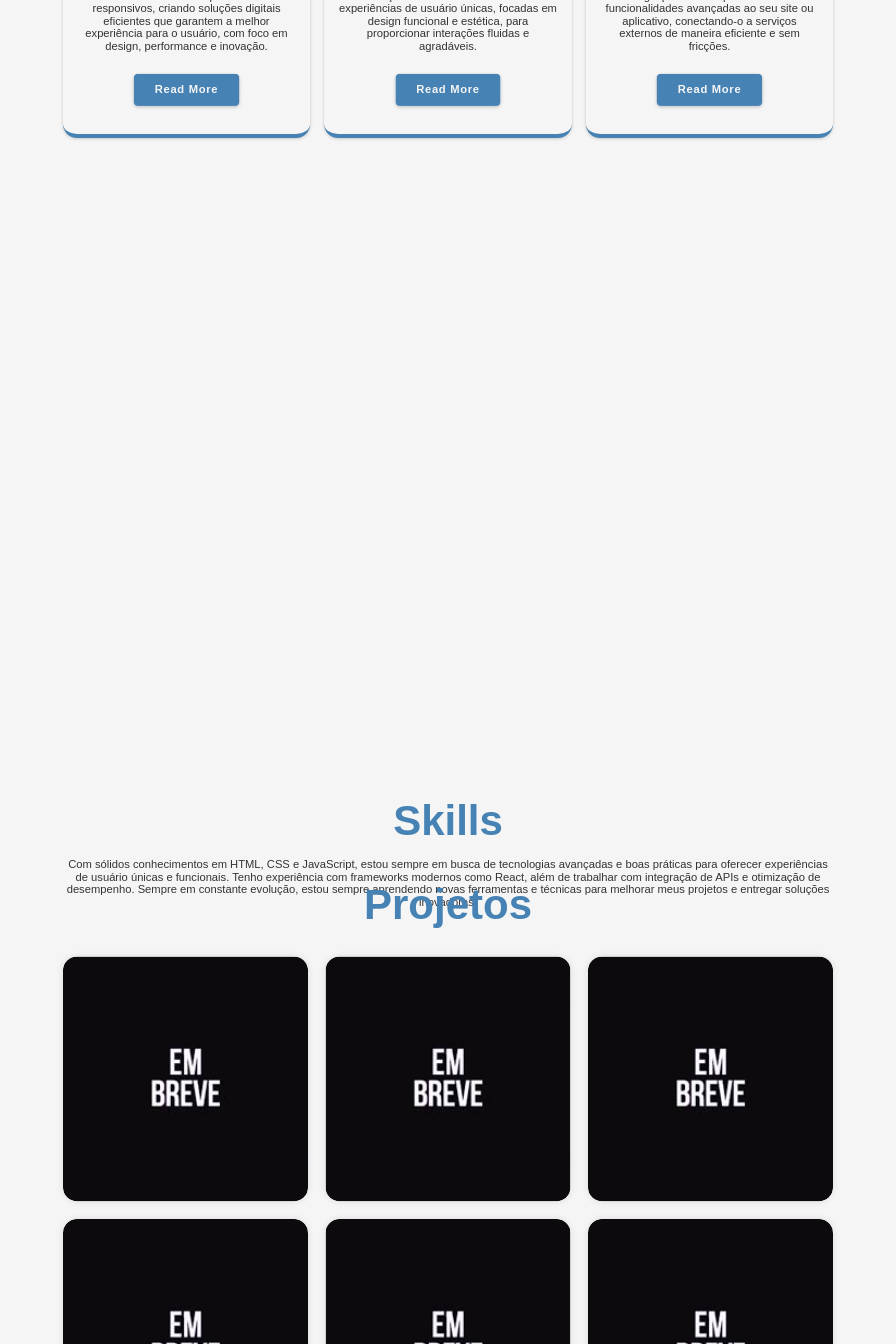
Repository: AliciaKathleen/portfolio-2025
Page: index.html
An editor plug-in stored every save of this project. The page is shown before and after the next save, followed by the edit.
The browser window is 1280 px wide. The pictures show the part of the page from y = 1805 to 3725 px (the page is 4796 px tall before and 3896 px after), at 70% of full size.

Above is the page before, as saved 2025-01-27 17:05:47.
Console error: TypeError: Cannot read properties of null (reading 'classList')

After the next save:
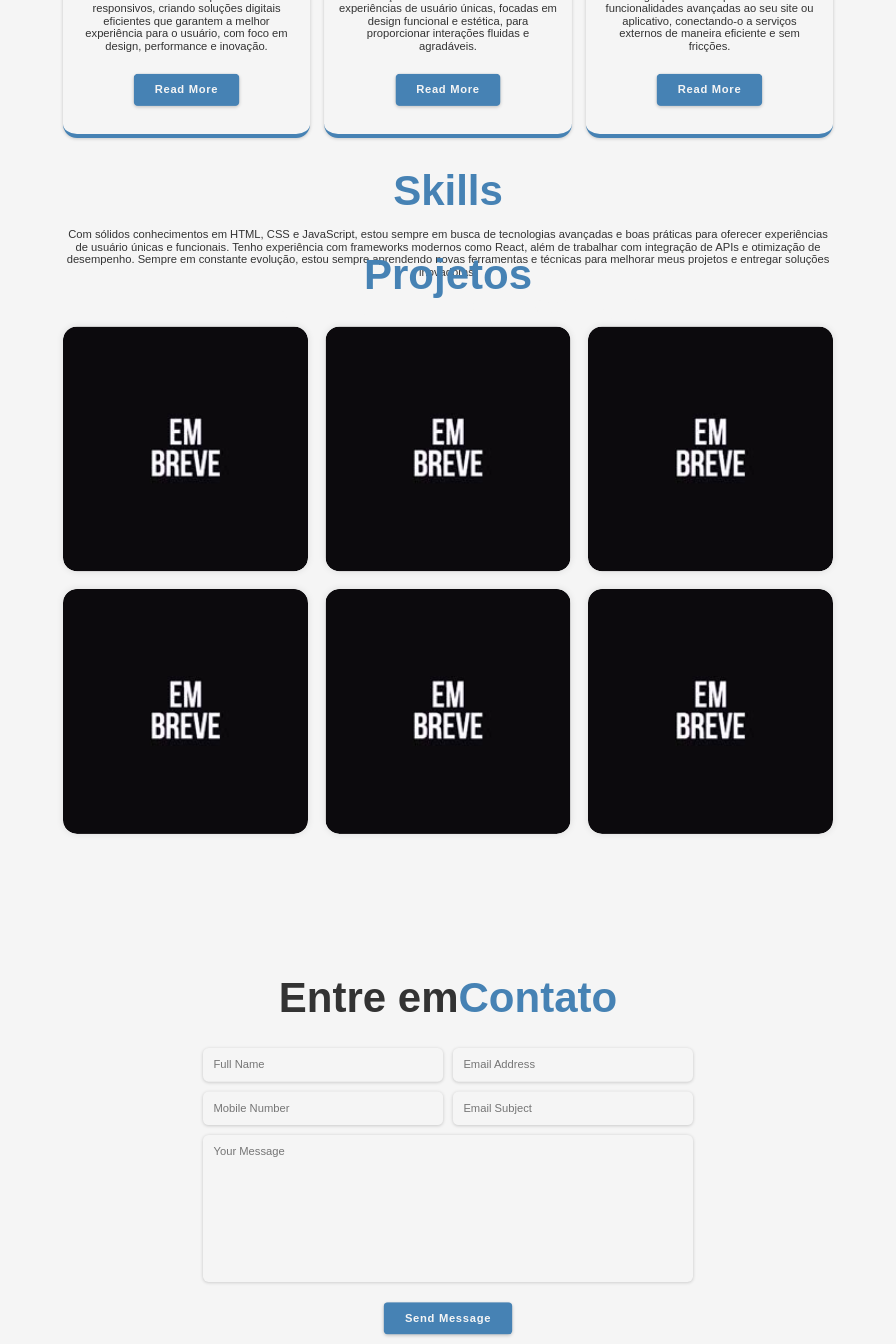
Saved 9 s later.
--- a/style.css
+++ b/style.css
@@ -296,7 +296,7 @@ span {
 
 .services {
     min-height: auto;
-    padding-bottom: 100rem;
+    padding-bottom: 10rem;
     margin-top: -10rem;
 }
 
